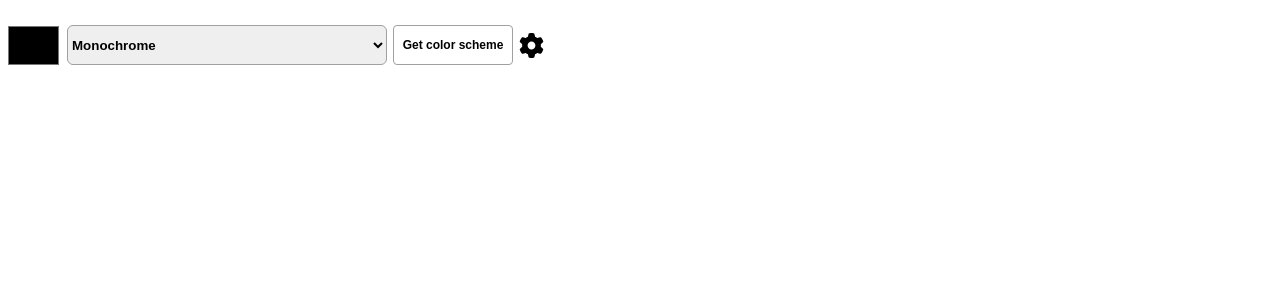
Repository: RadziSzop/colorPicker
Page: index.html
These files come from the project's save history. The page is drawn as it stood at one moment and after the next save; the edit follows.
The browser window is 1280 px wide. The pictures show the whole page.

Above is the page before, as saved 2022-03-05 19:59:02.

### index.html
<!DOCTYPE html>
<html lang="en">
  <head>
    <meta charset="UTF-8" />
    <meta http-equiv="X-UA-Compatible" content="IE=edge" />
    <meta name="viewport" content="width=device-width, initial-scale=1.0" />
    <link rel="stylesheet" href="style.css" />
    <link rel="preconnect" href="https://fonts.googleapis.com" />
    <link rel="preconnect" href="https://fonts.gstatic.com" crossorigin />
    <link
      href="https://fonts.googleapis.com/css2?family=Roboto:wght@400;700&display=swap"
      rel="stylesheet"
    />
    <title>Document</title>
  </head>
  <body>
    <!-- <p id="test">ok</p> -->
    <div class="container">
      <div class="modal">
        <div class="closeBtn"></div>
        <div class="settings">
          <div class="settings-color-count">
            <p>Color count</p>
            <input
              id="color-count"
              type="range"
              min="3"
              max="10"
              value="5"
              step="1"
            />
            <p class="abs"><span id="color-count-text"></span></p>
          </div>
          <div class="settings-option">
            <div>
              <input type="checkbox" name="rgb" id="" />
              <label for="rgb">show rgb</label>
            </div>
            <div>
              <input type="checkbox" name="hex" id="" />
              <label for="hex">show hex</label>
            </div>
            <div><select name="" id=""></select></div>

            <!-- -show rgb
              -show hex
              -theme(menu)  -->
          </div>
          <div class="settings-option"></div>
        </div>
      </div>
      <div class="main">
        <input type="color" id="color-picker" />
        <select id="menu">
          <option value="Monochrome">Monochrome</option>
          <option value="Monochrome-dark">Monochrome-dark</option>
          <option value="Monochrome-light">Monochrome-light</option>
          <option value="Analogic">Analogic</option>
          <option value="Complement">Complement</option>
          <option value="Analogic-complement">Analogic-complement</option>
          <option value="Triad">Triad</option>
        </select>
        <button id="submit-button">Get color scheme</button>
        <!-- <button id="settings-button">Settings</button> -->
        <div class="gear">
          <img src="images/gear-solid.svg" alt="" />
        </div>
      </div>
      <div class="colors">
        <div class="colorBox" id="color1"></div>
        <div class="colorBox" id="color2"></div>
        <div class="colorBox" id="color3"></div>
        <div class="colorBox" id="color4"></div>
        <div class="colorBox" id="color5"></div>
      </div>
      <div class="color_values">
        <div class="valueBox"><p id="value1"></p></div>
        <div class="valueBox"><p id="value2"></p></div>
        <div class="valueBox"><p id="value3"></p></div>
        <div class="valueBox"><p id="value4"></p></div>
        <div class="valueBox"><p id="value5"></p></div>
      </div>
    </div>

    <script src="main.js"></script>
  </body>
</html>

### style.css
* {
  box-sizing: border-box;
}
img {
  height: 100%;
  width: 100%;
}

html {
  font-family: "Roboto", sans-serif;
}
html,
body {
  margin: 0;
  padding: 0;
}

select {
  width: 320px;
  height: 40px;
  border-radius: 6px;
  font-weight: 700;
  border: 1px rgb(160, 160, 160) solid;
}
button {
  width: 120px;
  height: 40px;
  font-size: 12px;
  background-color: white;
  border: 1px rgb(160, 160, 160) solid;
  border-radius: 4px;
  font-weight: 700;
  cursor: pointer;
  transition: transform 0.2s;
}
option {
  padding-top: 5px;
}
.buttonClick {
  transform: scale(1.1);
}

.container {
  width: 550px;
  height: 550px;
  display: flex;
  flex-direction: column;
}
.main {
  height: 90px;
  width: 100%;
  background-color: rgb(255, 255, 255);
  display: flex;
  justify-content: space-evenly;
  align-items: center;
}
.gear {
  height: 25px;
  width: 25px;
  transition: 1s;
}

.colors {
  height: 415px;
  display: flex;
}
.colorBox {
  width: 20%;
  height: 100%;
  background-color: rgb(255, 255, 255);
  transition: background 1s;
  /* border: 1px black solid; */
}
.color_values {
  height: 45px;
  display: flex;
  /* background-color: gray; */
}
.valueBox {
  height: 100%;
  width: 20%;
  /* border: 1px solid black; */
  display: flex;
  justify-content: center;
  align-items: center;
  font-weight: 700;
}
#color-picker {
  padding: 0;
  margin: 0;
  height: 47px;
  width: 55px;
  border: none;
  outline: none;
  -webkit-appearance: none;
  background-color: white;
  visibility: visible;
}

/* modal */
/*
-click to copy (menu)
/to rgb(html)
/to hex

-color count
-show rgb
-show hex
-theme(menu)
*/
.modal {
  visibility: hidden;
  display: flex;
  justify-content: center;
  align-items: center;
  position: fixed;
  height: 550px;
  width: 550px;
  background-color: rgba(0, 0, 0, 0.5);
}

.settings {
  border-radius: 6px;
  height: 200px;
  width: 430px;
  background-color: white;
  display: flex;
  flex-wrap: wrap;
  justify-content: space-evenly;
  align-items: center;
}
.settings-option {
  width: 45%;
  height: 55%;
  border: 1px rgb(167, 167, 167) solid;
  border-radius: 5px;
}
.settings-color-count {
  position: relative;
  display: flex;
  justify-content: space-between;
  align-items: center;
  height: 20%;
  width: 90%;
  /* border: 1px rgb(167, 167, 167) solid; */
  border-radius: 5px;
}
#color-count {
  background: rgb(100, 100, 100);
  appearance: none;
  height: 2px;
  width: 70%;
  border-radius: 2px;
}
input[type="range"]::-webkit-slider-thumb {
  appearance: none;
  width: 8px;
  height: 20px;
  background: rgb(50, 50, 50);
  border-radius: 5px;
}
.abs {
  position: absolute;
  top: 15px;
  background-color: rgb(58, 58, 58);
  padding: 5px 10px;
  border-radius: 30px;
}
#color-count-text {
  font-weight: bold;
  text-align: center;
  color: white;
}
.closeBtn {
  position: fixed;
  right: 50px;
  top: 165px;
  height: 30px;
  width: 30px;
  border-radius: 6px;
  background-color: rgb(161, 159, 159);
}

### main.js
let colorEl1 = document.querySelector("#color1")
let colorEl2 = document.querySelector("#color2")
let colorEl3 = document.querySelector("#color3")
let colorEl4 = document.querySelector("#color4")
let colorEl5 = document.querySelector("#color5")
let valueEl1 = document.querySelector("#value1")
let valueEl2 = document.querySelector("#value2")
let valueEl3 = document.querySelector("#value3")
let valueEl4 = document.querySelector("#value4")
let valueEl5 = document.querySelector("#value5")
let submitBtnEl = document.querySelector("#submit-button")
let settingsBtnEl = document.querySelector("#settings-button")
let colorPicerEl = document.querySelector("#color-picker")
let menuEl = document.querySelector("#menu")
let modalEl = document.querySelector(".modal")
let testEl = document.querySelector("#test")
let closeBtnEl = document.querySelector(".closeBtn")
let gearEl = document.querySelector(".gear")
let colorCountEl = document.querySelector("#color-count")
let colorCountText = document.querySelector("#color-count-text")
let absoluteEl = document.querySelector(".abs")

let apiData
//     chrome.storage.sync.get('foo', function(items) {
//         testEl.textContent =  JSON.stringify(items);
//       });
colorCountEl.addEventListener("input", countChanger)
submitBtnEl.addEventListener("click", getingColors)

function countChanger(){
    let offset = 66
    colorCountText.textContent = colorCountEl.value
    if (colorCountEl.value == 10){
        offset -= 5
    }
    absoluteEl.style.left = `${((colorCountEl.value-2) * 37.5) + offset}px`

}

function getingColors(){
    let color = colorPicerEl.value.slice(1)
    let type = menuEl.value.toLowerCase()

    // chrome.storage.sync.set({'foo': color}, function() {
    //     console.log('Settings saved');
    //   });

    fetch(`https://www.thecolorapi.com/scheme?hex=${color}&mode=${type}`)
    .then(response => response.json())
    .then(json => {
        apiData = json

        colorEl1.style.backgroundColor = apiData.colors[0].rgb.value
        colorEl2.style.backgroundColor = apiData.colors[1].rgb.value
        colorEl3.style.backgroundColor = apiData.colors[2].rgb.value
        colorEl4.style.backgroundColor = apiData.colors[3].rgb.value
        colorEl5.style.backgroundColor = apiData.colors[4].rgb.value

        valueEl1.textContent = apiData.colors[0].hex.clean
        valueEl2.textContent = apiData.colors[1].hex.clean
        valueEl3.textContent = apiData.colors[2].hex.clean
        valueEl4.textContent = apiData.colors[3].hex.clean
        valueEl5.textContent = apiData.colors[4].hex.clean
    })
}
gearEl.addEventListener("click", function(){
    modalEl.style.visibility = "visible";
})

closeBtnEl.addEventListener("click", function(){
    modalEl.style.visibility = "hidden";
})

After the next save:
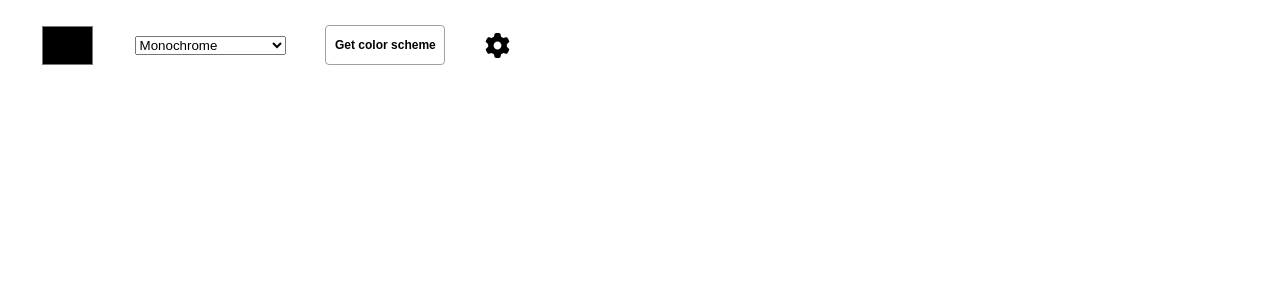
Saved 26 s later.
--- a/style.css
+++ b/style.css
@@ -15,7 +15,7 @@
   padding: 0;
 }
 
-select {
+.menu {
   width: 320px;
   height: 40px;
   border-radius: 6px;

After the 3 saves that followed:
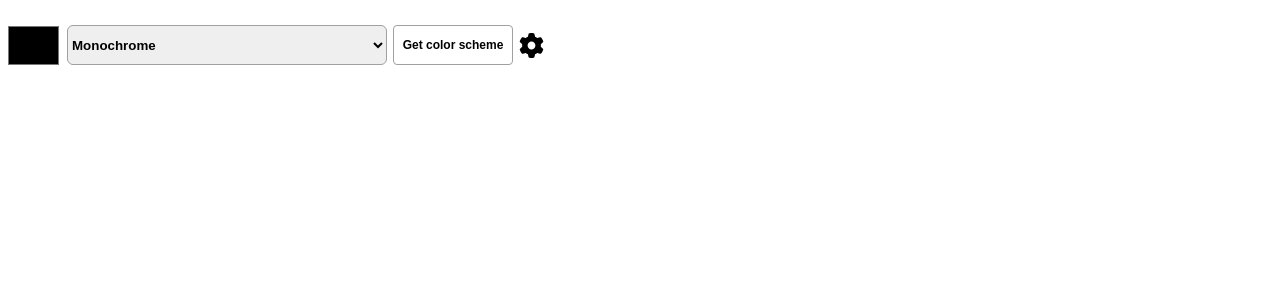
The 3 saves are shown as one change because 2 left the picture as it was.
The last was saved 97 s later.
--- a/index.html
+++ b/index.html
@@ -40,7 +40,7 @@
               <input type="checkbox" name="hex" id="" />
               <label for="hex">show hex</label>
             </div>
-            <div><select name="" id=""></select></div>
+            <div><select name="" id="theme-menu"></select></div>
 
             <!-- -show rgb
               -show hex
--- a/style.css
+++ b/style.css
@@ -15,7 +15,7 @@
   padding: 0;
 }
 
-.menu {
+select {
   width: 320px;
   height: 40px;
   border-radius: 6px;
@@ -159,6 +159,8 @@
   background: rgb(50, 50, 50);
   border-radius: 5px;
 }
+#theme-menu {
+}
 .abs {
   position: absolute;
   top: 15px;
